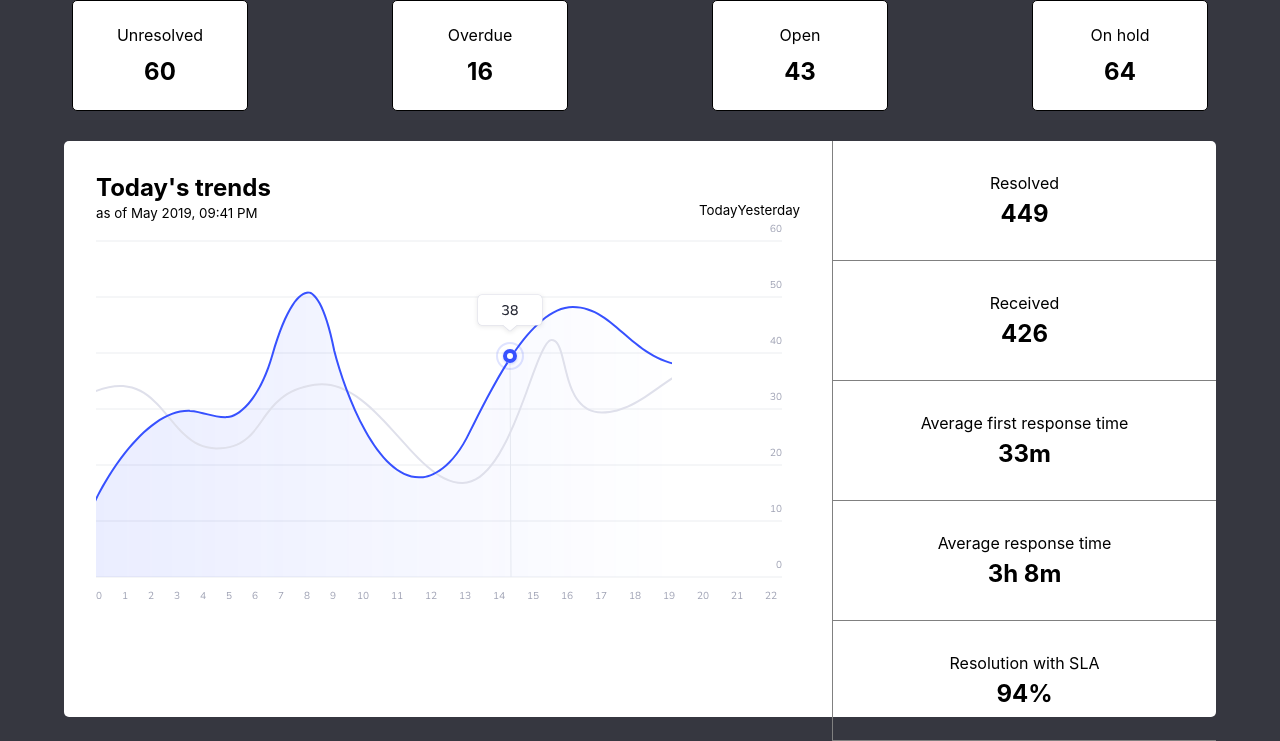
Repository: BuduCE/dashboard
Page: /
These files come from the project's save history. The page is drawn as it stood at one moment and after a run of saves; the edit follows.
The browser window is 1280 px wide. The pictures show the whole page.
Some web libraries are served in a nearby version. The project was rebuilt for these pictures with package versions that can differ from the ones it lists, and the page was loaded fresh each time.

Above is the page before, as saved 2022-08-03 23:30:03.

After the next 3 saves:
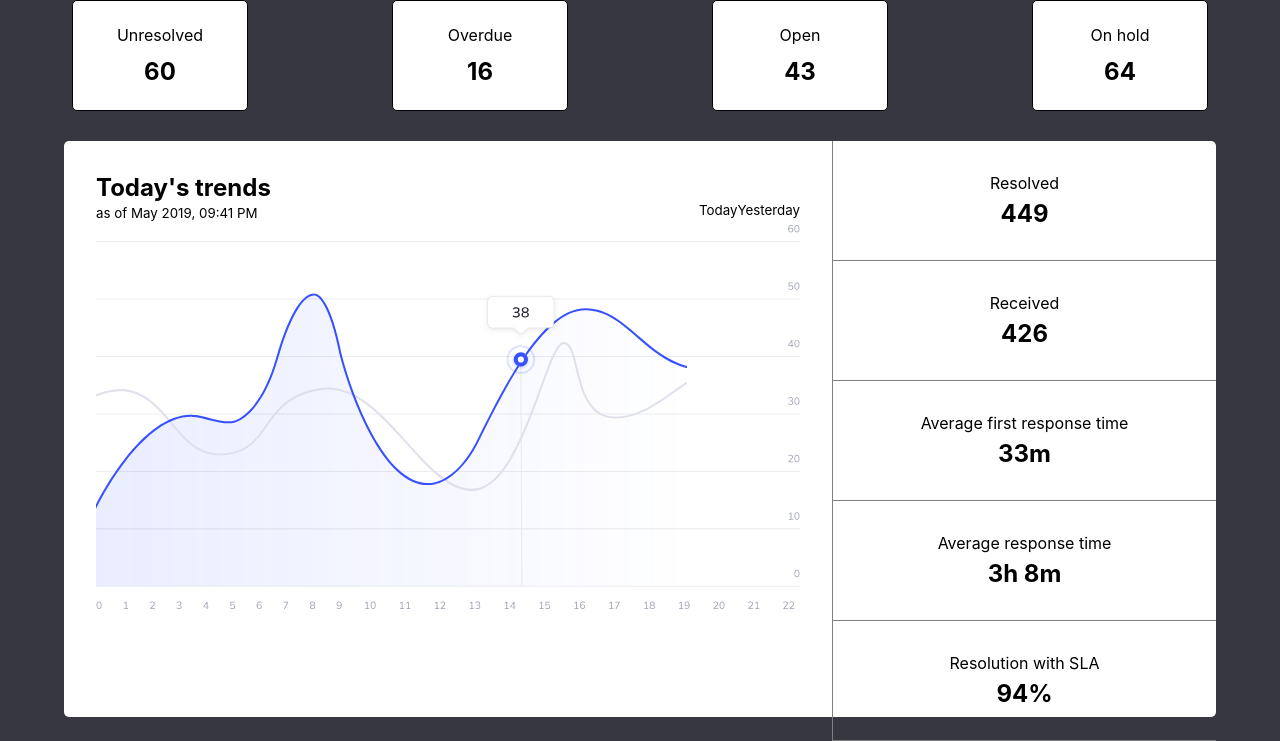
The 3 saves are shown as one change because they came seconds apart.
The last was saved 9 s later.
--- a/src/pages/Overview/styles.css
+++ b/src/pages/Overview/styles.css
@@ -43,7 +43,7 @@
     justify-content: space-evenly;
 }
 .trends_headB img{
-    /* width: 80%; */
+    width: 100%;
 }
 
 /* summary  */
